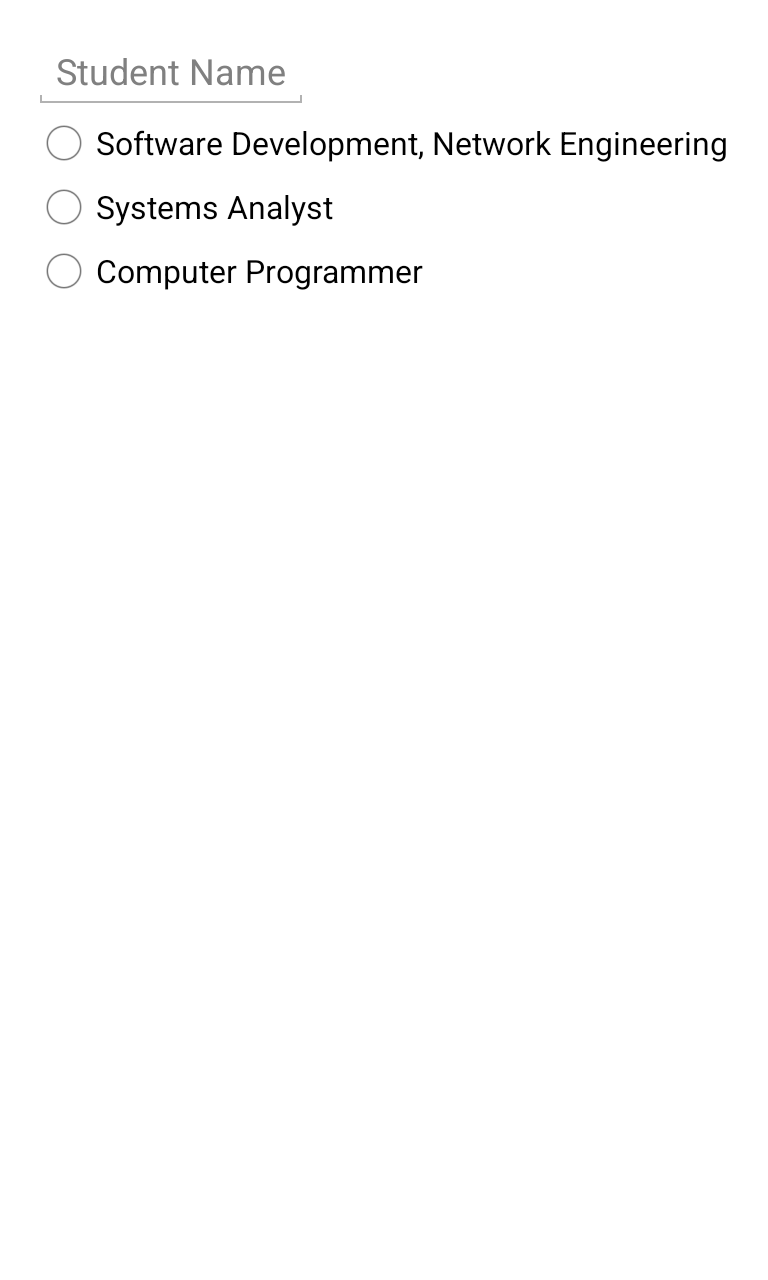
Repository: ericMedeiros93/Android-Dev
Layout: StudentInfo/res/layout/activity_main.xml
The author's editor kept a copy of each file at every save. The layout is drawn from the files as they stood at one save, then again after the next save.
It is drawn on a 768 x 1280 px phone screen (xhdpi) without system bars, with theme AppTheme; the app's code is not run.

Above is the layout before, as saved 2014-10-08 15:45:52.

After the next save:
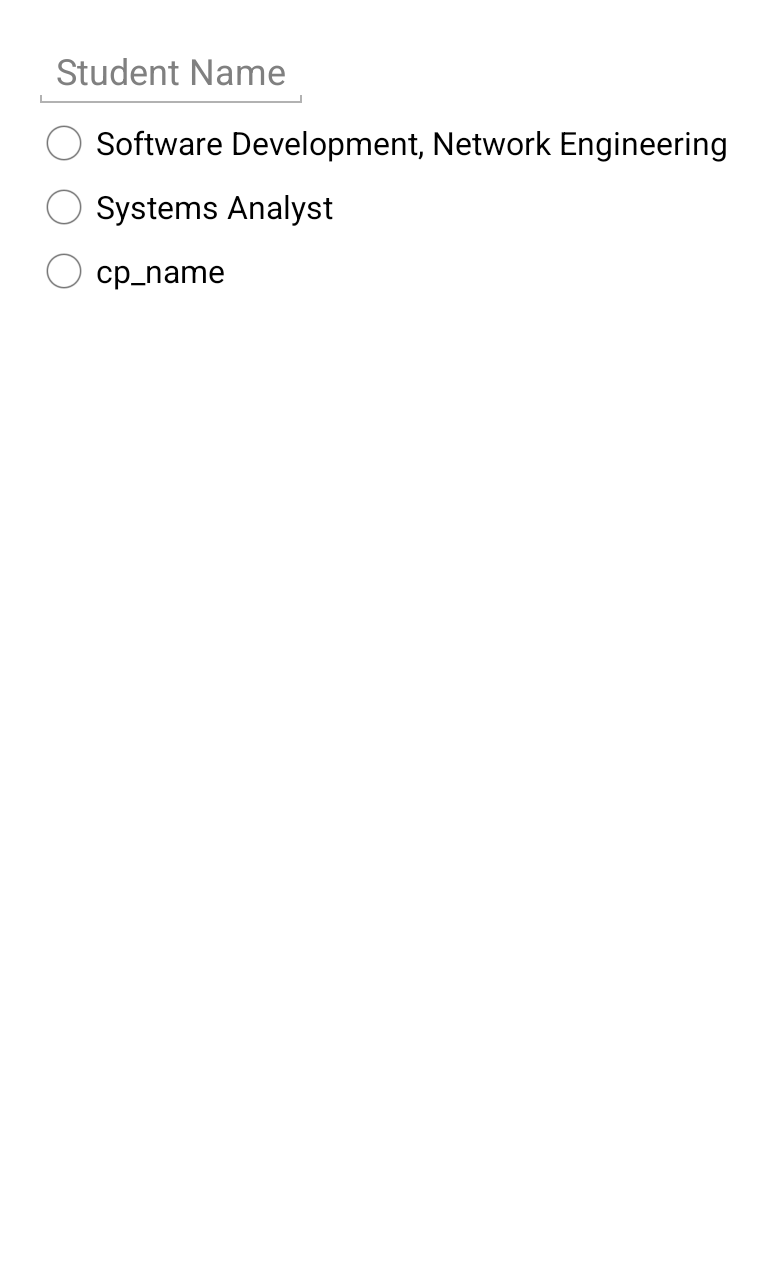
Saved 6 s later.
--- a/StudentInfo/res/layout/activity_main.xml
+++ b/StudentInfo/res/layout/activity_main.xml
@@ -38,7 +38,7 @@
             android:id="@+id/radCP"
             android:layout_width="match_parent"
             android:layout_height="wrap_content"
-            android:text="Computer Programmer" >
+            android:text="cp_name" >
         </RadioButton>
     </RadioGroup>
 
